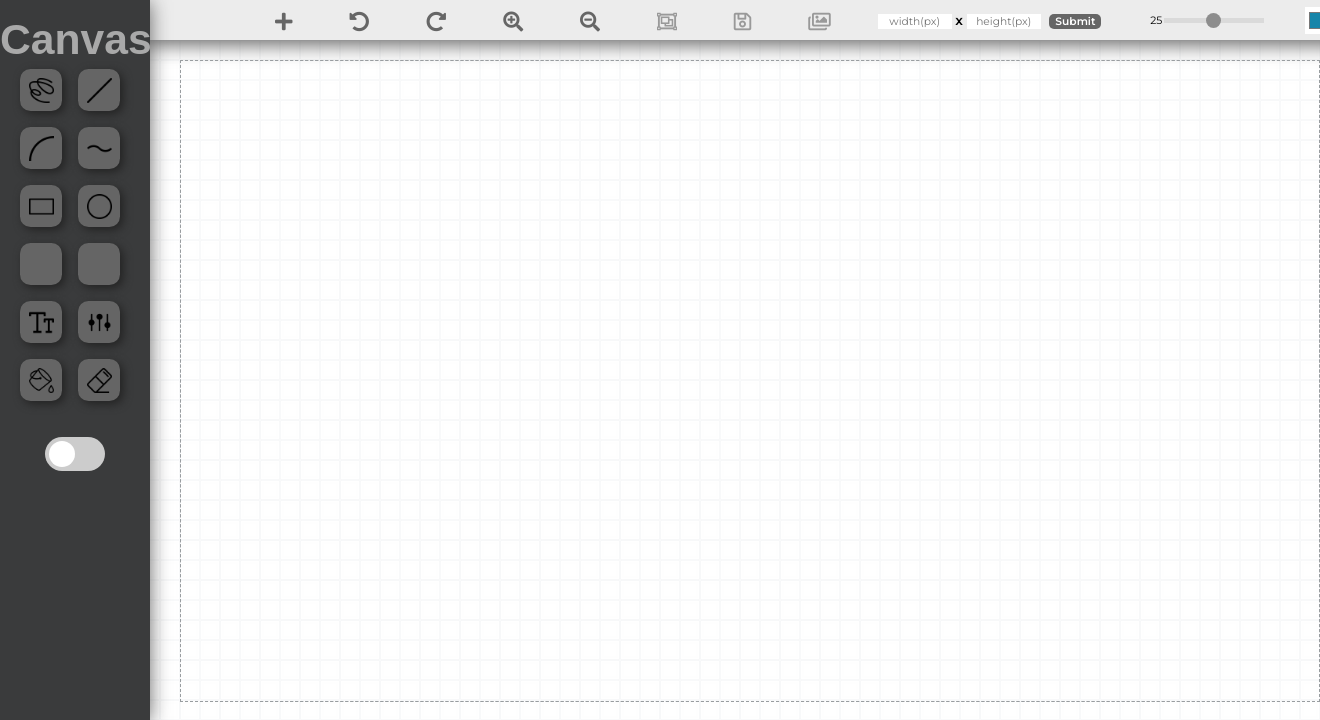
Repository: moryahng/myCanvasProject
Page: index.html
These files come from the project's save history. The page is drawn as it stood at one moment and after the next save; the edit follows.
The browser window is 1280 px wide. The page is 1320 px wide, so the pictures cover 1320 px, including what lies to the right of the window. The pictures show the whole page.
Some web fonts or font styles are not loaded; a fallback is used.

Above is the page before, as saved 2021-11-11 11:53:20.
Console error: SyntaxError: Unexpected token 'this'

After the next save:
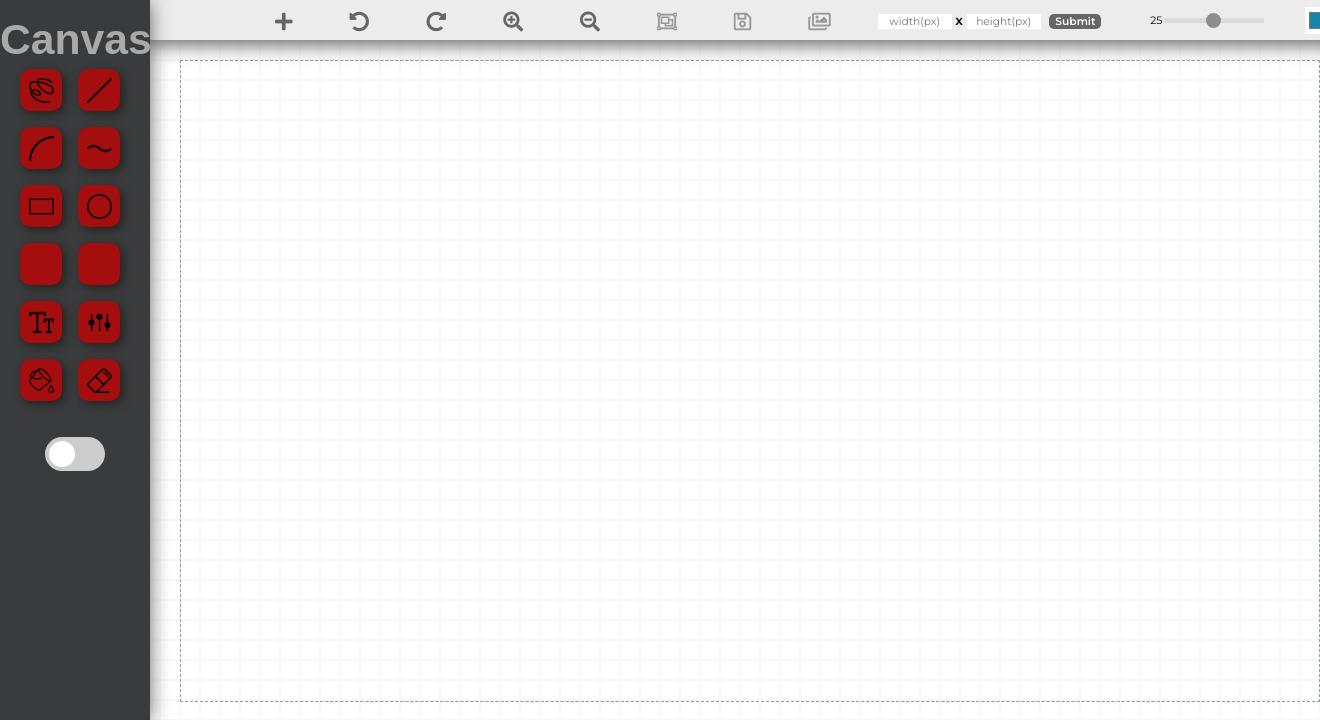
Saved 8 s later.
--- a/style.css
+++ b/style.css
@@ -228,7 +228,7 @@
 }
 
 .toolsbar-item{
-    background-color:#656565;
+    background-color:#a50e0e;
     border-radius: 25%;
     padding: 8.5px;
     filter: drop-shadow(3px 3px 5px rgb(34, 34, 34));

After the save that followed:
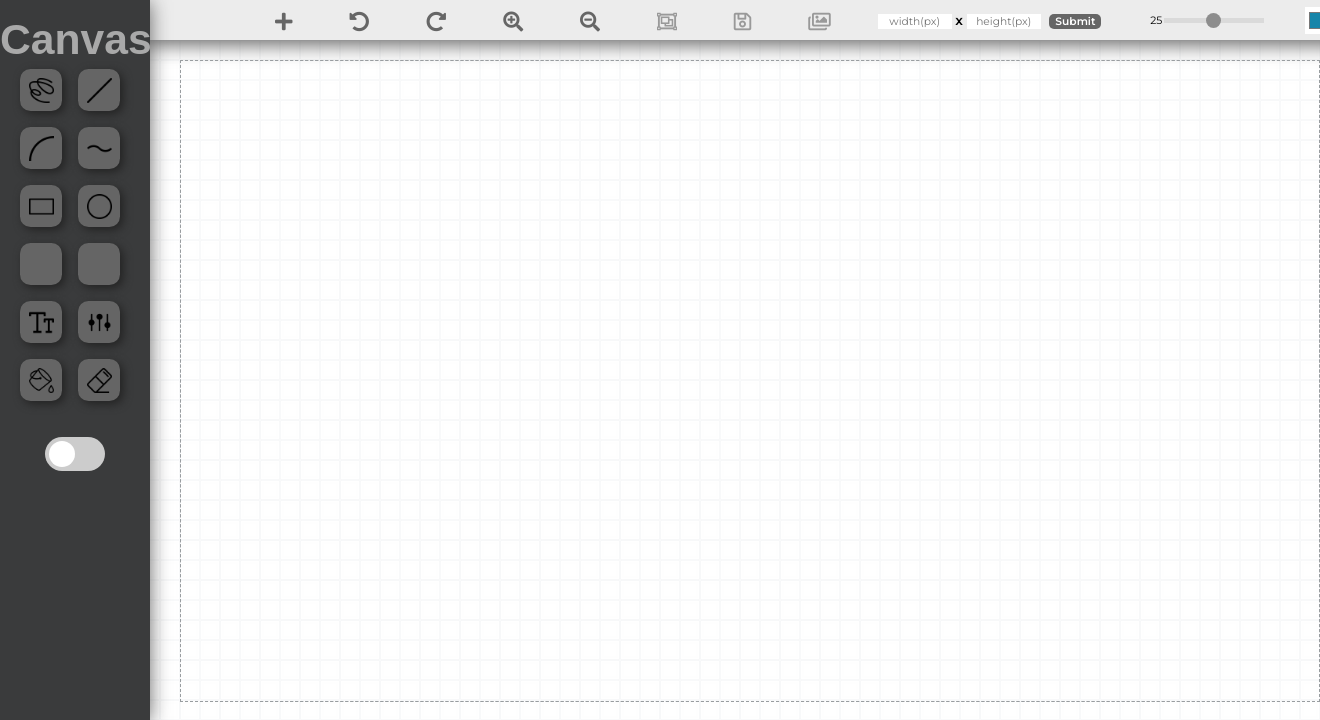
Saved 6 s later.
--- a/style.css
+++ b/style.css
@@ -228,7 +228,7 @@
 }
 
 .toolsbar-item{
-    background-color:#a50e0e;
+    background-color:#656565;
     border-radius: 25%;
     padding: 8.5px;
     filter: drop-shadow(3px 3px 5px rgb(34, 34, 34));
